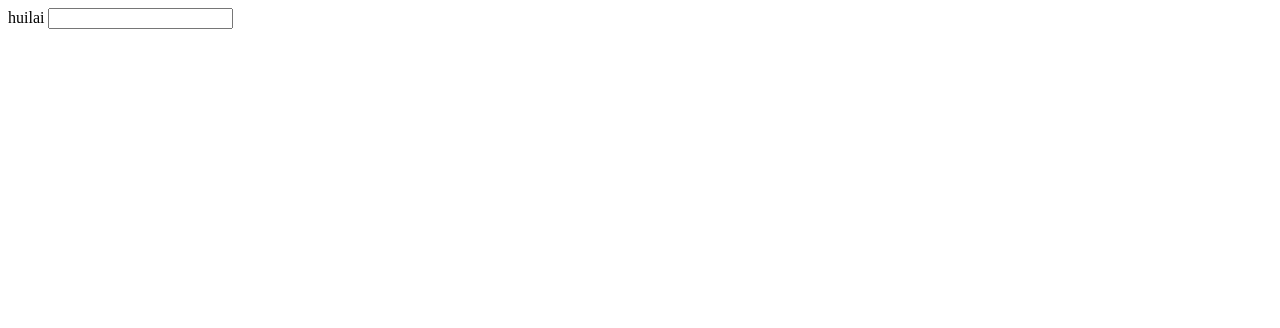
Repository: qqloli/fight
Page: http://localhost/s2sh/user_huilai.jsp
An editor plug-in stored every save of this project. The page is shown before and after the next save, followed by the edit.
The browser window is 1280 px wide. The pictures show the whole page.
The page is served by Tomcat 9. Nobody is signed in. The application's start-up code is not run. Other server files are loaded and not shown.

Above is the page before, as saved 2019-06-19 08:06:02.
Console error: ReferenceError: $ is not defined

### eclipse/s2sh/WebContent/user_huilai.jsp
<%@ page language="java" contentType="text/html; charset=utf-8"
    pageEncoding="utf-8"%>
<!DOCTYPE html PUBLIC "-//W3C//DTD HTML 4.01 Transitional//EN" "http://www.w3.org/TR/html4/loose.dtd">
<html>
<head>
<meta http-equiv="Content-Type" content="text/html; charset=utf-8">
<script>
$('#datetimepicker').datetimepicker({
    dayOfWeekStart : 1,
    lang:'en',
    disabledDates:['1996/01/08','1996/01/09','1996/01/10'],
    startDate:	'1996/01/05'
    });
    $('#datetimepicker').datetimepicker({value:'2019/03/24 05:03',step:10});

</script>

<title>Insert title here</title>
</head>
<body>
huilai
<input type="text" value="" id="datetimepicker"/><br><br>
</body>
</html>

After the next save:
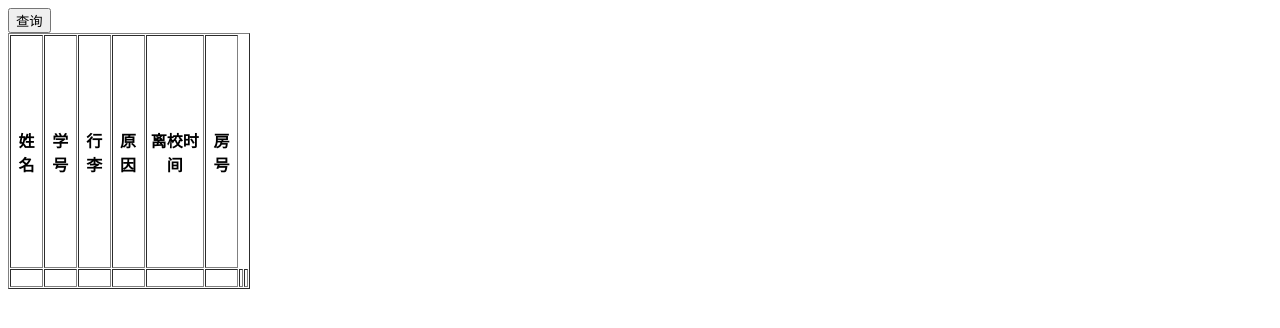
The error is gone.
Saved 2 min 32 s later.
--- a/eclipse/s2sh/WebContent/user_huilai.jsp
+++ b/eclipse/s2sh/WebContent/user_huilai.jsp
@@ -4,21 +4,72 @@
 <html>
 <head>
 <meta http-equiv="Content-Type" content="text/html; charset=utf-8">
-<script>
-$('#datetimepicker').datetimepicker({
-    dayOfWeekStart : 1,
-    lang:'en',
-    disabledDates:['1996/01/08','1996/01/09','1996/01/10'],
-    startDate:	'1996/01/05'
-    });
-    $('#datetimepicker').datetimepicker({value:'2019/03/24 05:03',step:10});
 
-</script>
 
 <title>Insert title here</title>
 </head>
 <body>
-huilai
-<input type="text" value="" id="datetimepicker"/><br><br>
+ <form action="/s2sh/adminAction_findAll">
+<input type="submit" value="查询">
+</form>
+
+<table width="242" height="256" border="1" cellpadding="1"
+                           cellspacing="1">
+
+                         <tr>
+                          <th>
+                                 姓名
+                              </th>
+                             <th>
+                                  学号
+                              </th>
+                              <th>
+                                  行李
+                              </th>
+                              <th>
+                                 原因
+                              </th>
+
+                              <th>
+                                离校时间
+                              </th>
+                              <th>
+                                房号
+                              </th>
+                          </tr>
+                         <s:iterator var="u" value="users">
+                             <%--
+          <s:iterator  id="別名"  value="要遍历的集合">
+         users:对应后台Action类的List<UserEntity> users;
+          --%>
+                              <tr>
+                                 <%--<td><s:property value="#別名.实体类属性名" /></td>--%>
+                                  <td>
+                                      <s:property value="#u.name" />
+                                  </td>
+                                  <td>
+                                     <s:property value="#u.sexual" />
+                                  </td>
+                                  <td>
+                                      <s:property value="#u.number" />
+                                  </td>
+                                  <td>
+                                      <s:property value="#u.grade" />
+                                  </td>
+                                  <td>
+                                      <s:property value="#u.zhunye" />
+                                  </td>
+                                  <td>
+                                      <s:property value="#u.class_" />
+                                  </td>
+                                  <td>
+                                      <s:property value="#u.gongyu" />
+                                  </td>
+                                  <td>
+                                      <s:property value="#u.roomno" />
+                                  </td>
+                              </tr>
+                          </s:iterator>
+                    </table>
 </body>
 </html>
